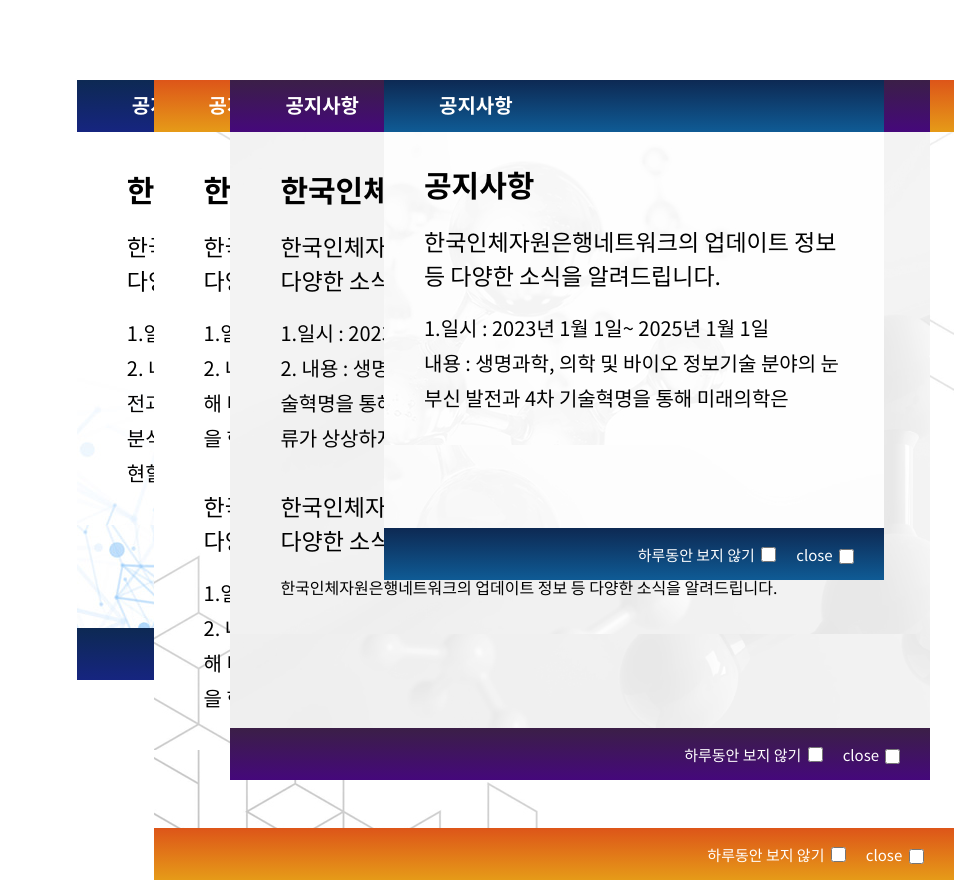
Repository: dlgywls1130/common_popup
Page: index.html
These files come from the project's save history. The page is drawn as it stood at one moment and after the next save; the edit follows.
The browser window is 768 px wide. The page is 954 px wide, so the pictures cover 954 px, including what lies to the right of the window. The pictures show the whole page.

Above is the page before, as saved 2023-10-26 00:56:19.

After the next save:
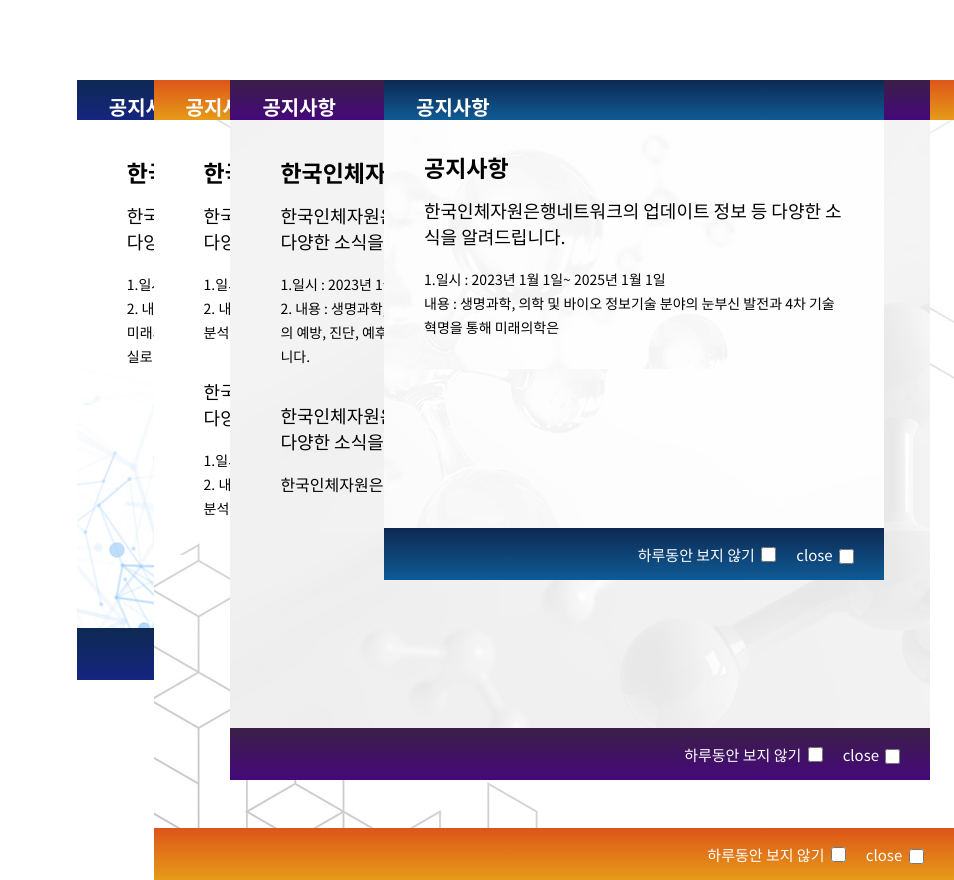
Saved 4 min 16 s later.
--- a/style.css
+++ b/style.css
@@ -197,3 +197,51 @@
     line-height: 35px;
     font-weight: 300;
 }
+
+@media screen and (max-width:768px) {
+    .common_modal.blue {
+        width: 600px;
+        height: 600px;
+        left: 10%;
+    }
+
+    .common_modal.orange {
+        width: 800px;
+        height: 800px;
+        left: 20%;
+    }
+
+    .common_modal.purple {
+        width: 700px;
+        height: 700px;
+        left: 30%;
+    }
+
+    .common_modal.sky {
+        width: 500px;
+        height: 500px;
+        left: 50%;
+    }
+
+    .common_body_head {
+        font-size: 23px;
+        margin-bottom: 13px;
+    }
+
+    .common_body_span {
+        font-size: 18px;
+        line-height: 26px;
+    }
+
+    .common_body_descript p {
+        font-size: 14px;
+        line-height: 24px;
+        font-weight: 300;
+    }
+
+    .common_modal .common_head {
+        height: 40px;
+        padding: 12px 32px;
+        box-sizing: border-box;
+    }
+}
